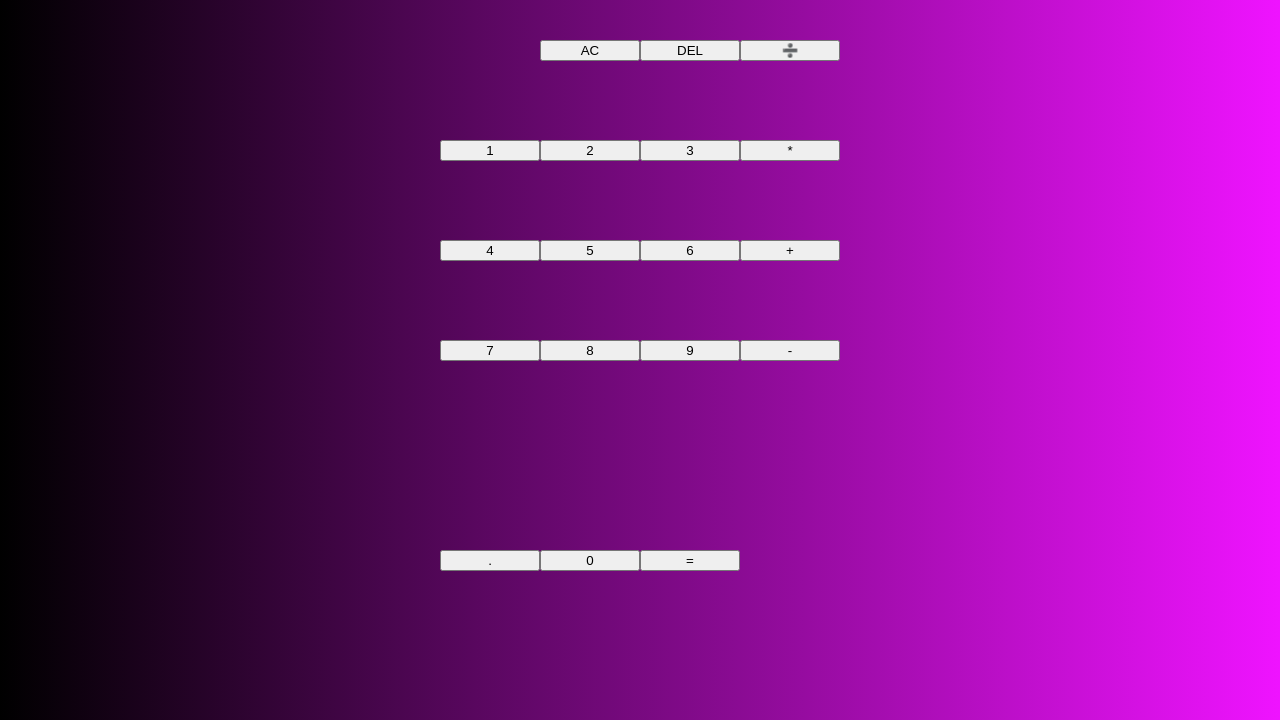
Repository: burntaftermint/calculator
Page: index.html
The author's editor kept a copy of each file at every save. The page is drawn from the files as they stood at one save, then again after the next save.
The browser window is 1280 px wide. The pictures show the whole page.

Above is the page before, as saved 2023-11-01 02:29:40.

### index.html
<!DOCTYPE html>
<html lang="en">
<head>
    <meta charset="UTF-8">
    <meta name="viewport" content="width=device-width, initial-scale=1.0">
    <title>Calculator</title>
    <link href="styles.css" rel="stylesheet">
    <script src="script.js" defer></script>
</head>
<body>
    <div class="calculator-grid">
        <div class="output">
            <div class="previous-operand"></div>
                <div class="current-operand"></div>
        </div>
        <button class="span-two">AC</button>
        <button>DEL</button>
        <button>➗</button>
        <button>1</button>
        <button>2</button>
        <button>3</button>
        <button>*</button>
        <button>4</button>
        <button>5</button>
        <button>6</button>
        <button>+</button>
        <button>7</button>
        <button>8</button>
        <button>9</button>
        <button>-</button>
        <button>.</button>
        <button>0</button>
        <button class="span-two">=</button>

    </div>
</body>
</html>

### styles.css
*::before, *::after {
    box-sizing: border-box;
    font-family: Gotham Rounded, sans-serif;
    font-weight: normal;
}

body {
    padding: 0;
    margin: 0;
    background: linear-gradient(to right, #000000, #ef13ff);
}

.calculator-grid {
    display: grid;
    justify-content: center;
    align-items: center;
    min-height: 100vh;
    grid-template-columns: repeat(4, 100px);
    grid-template-rows: repeat(4, 100px);
}

Loaded but not shown: script.js (no copy from this time; the picture is the same without it)

After the next save:
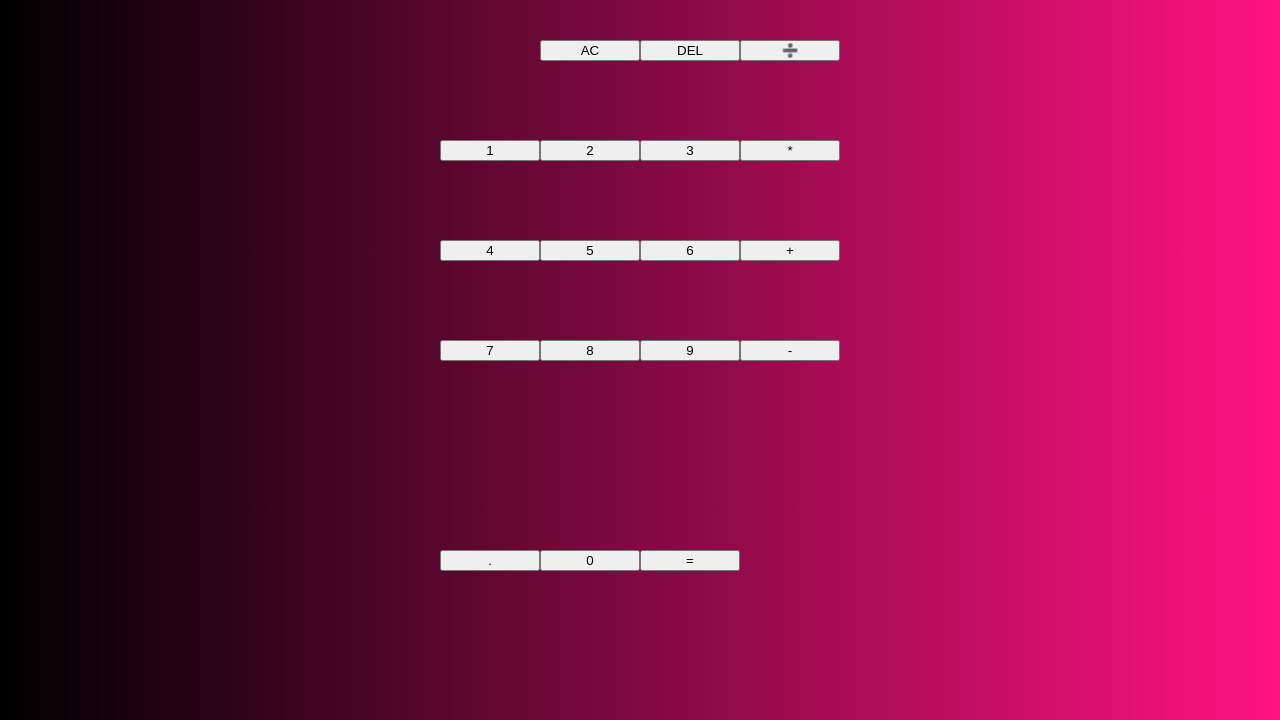
Saved 10 s later.
--- a/styles.css
+++ b/styles.css
@@ -7,7 +7,7 @@
 body {
     padding: 0;
     margin: 0;
-    background: linear-gradient(to right, #000000, #ef13ff);
+    background: linear-gradient(to right, #000000, #ff1381);
 }
 
 .calculator-grid {
